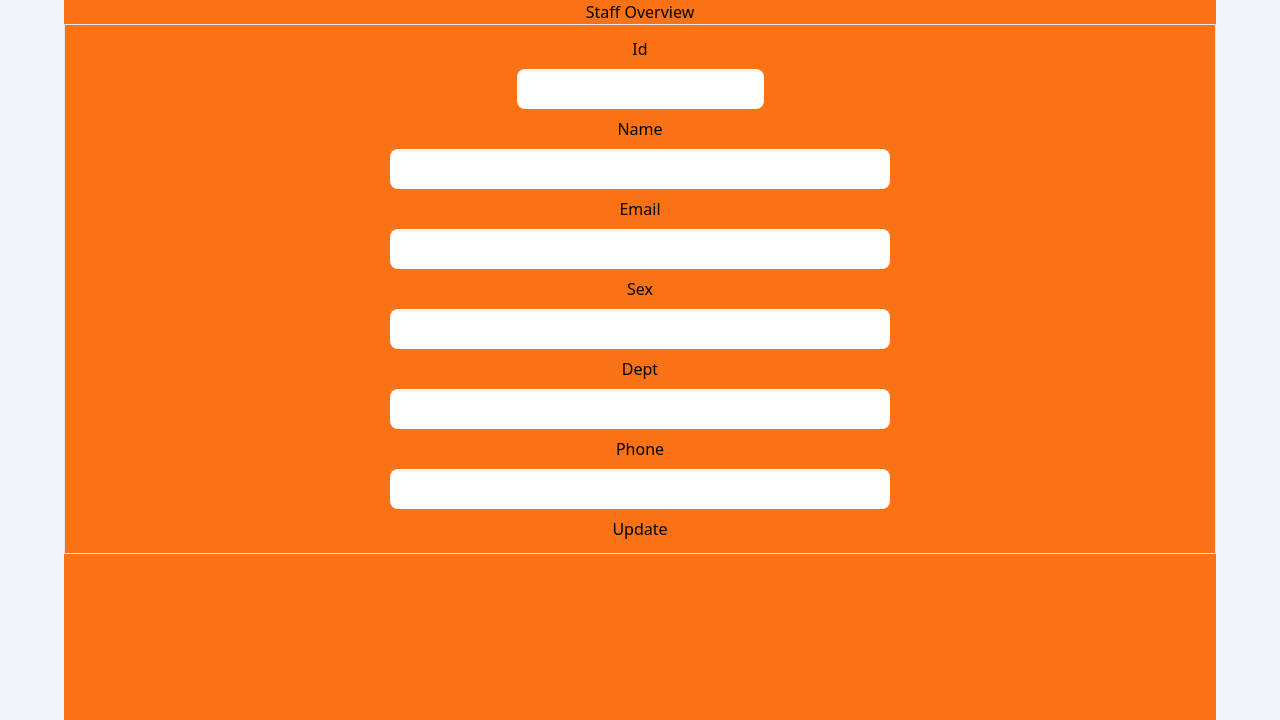
Repository: Semanmernstack/crud
Page: /employee/create
An editor plug-in stored every save of this project. The page is shown before and after the next save, followed by the edit.
The browser window is 1280 px wide. The pictures show the whole page.
The project was rebuilt for these pictures with package versions that can differ from the ones it lists, and the page was loaded fresh each time. Also part of the build but not shown: src/List.js, src/Details.js, src/Edit.js.

Above is the page before, as saved 2022-12-24 01:49:14.

### src/App.js
import List from "./List";
import {
  BrowserRouter,
  Routes,
  Route,

} from "react-router-dom";
import Details from "./Details";
import Create from "./Create";
import Edit from "./Edit";



function App() {
  return (
    <div className="bg-slate-100 h-screen">
      <BrowserRouter>

      <Routes>
        <Route path="/" element={<List/>}> </Route>
        <Route path="/employee/create" element={<Create/>}> </Route>
        <Route path="/employee/details/:empid" element={<Details/>}> </Route>
        <Route path="/employee/edit/:empid" element={<Edit/>}> </Route>
      </Routes>
      </BrowserRouter>

    </div>
  );
}

export default App;

### src/Create.js
import React from 'react'

function Create() {
  return (
    <div className="flex flex-col h-screen bg-orange-500 max-w-6xl mx-auto  text-center ">
        <div>
            <p>Staff Overview</p>
        </div>
        <form className="">
          <div className="flex text-center p-3 justify-center border   items-center flex-col gap-2">
            <div className="flex flex-col  items-center">
              <span>Id</span>
              <input className='w-full mt-2 outline-none border-none p-2 rounded-lg'   type="text" />
            </div>
            <div className="flex flex-col w-[500px] items-center">
              <span>Name</span>
              <input className='w-full mt-2 outline-none border-none p-2 rounded-lg' type="text" required />
            </div>
            <div className="flex flex-col w-[500px] items-center">
              <span>Email</span>
              <input className='w-full mt-2 outline-none border-none p-2 rounded-lg' type="email" />
            </div>
            <div className="flex flex-col w-[500px] items-center">
              <span>Sex</span>
              <input className='w-full mt-2 outline-none border-none p-2 rounded-lg' type="text" />
            </div>
            <div className="flex flex-col w-[500px] items-center">
              <span>Dept</span>
              <input className='w-full mt-2 outline-none border-none p-2 rounded-lg' type="text" />
            </div>
            <div className="flex flex-col w-[500px] items-center">
              <span>Phone</span>
              <input className='w-full mt-2 outline-none border-none p-2 rounded-lg' type="number" />
            </div>
            <button>Update</button>
          </div>
        </form>
    </div>
  )
}

export default Create

Loaded but not shown: public/index.html (common file); src/index.js (common file); src/index.css (common file); src/reportWebVitals.js (common file); tailwind.config.js (common file)

After the next save:
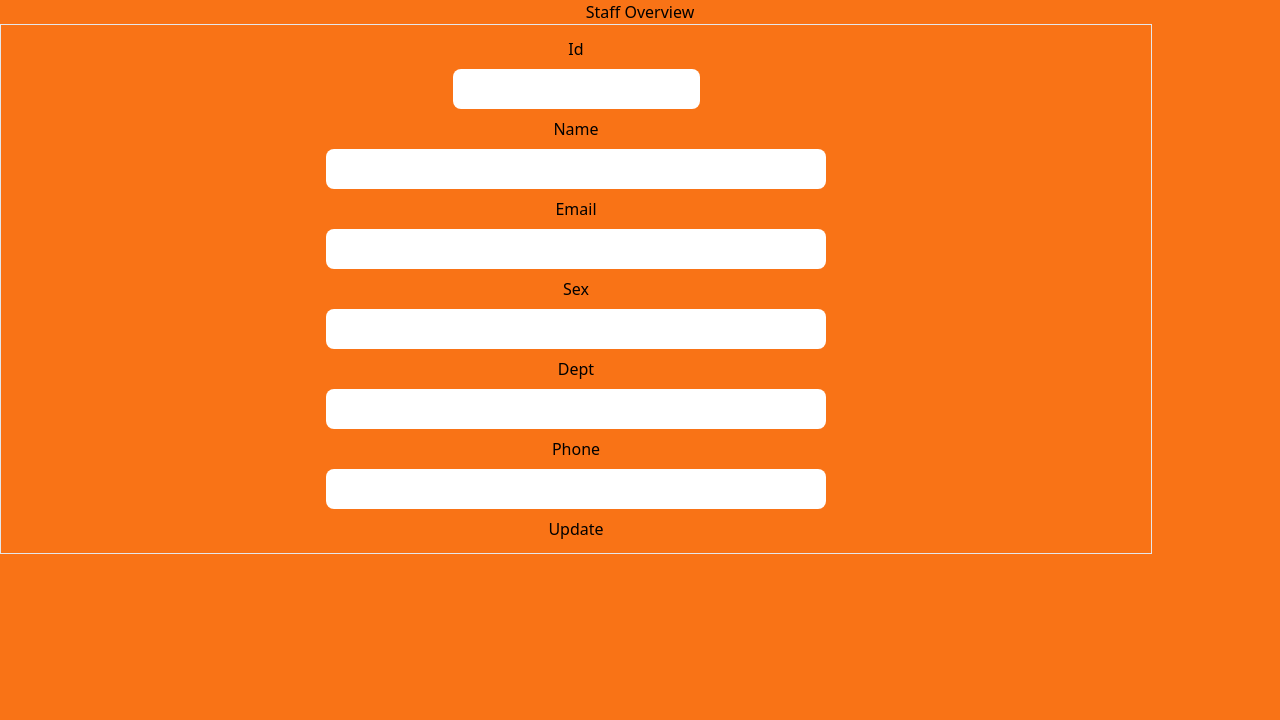
Saved 57 s later.
--- a/src/Create.js
+++ b/src/Create.js
@@ -2,12 +2,12 @@ import React from 'react'
 
 function Create() {
   return (
-    <div className="flex flex-col h-screen bg-orange-500 max-w-6xl mx-auto  text-center ">
+    <div className="flex flex-col h-screen bg-orange-500 mx-auto  text-center ">
         <div>
             <p>Staff Overview</p>
         </div>
         <form className="">
-          <div className="flex text-center p-3 justify-center border   items-center flex-col gap-2">
+          <div className="flex text-center p-3 justify-center border max-w-6xl   items-center flex-col gap-2">
             <div className="flex flex-col  items-center">
               <span>Id</span>
               <input className='w-full mt-2 outline-none border-none p-2 rounded-lg'   type="text" />
